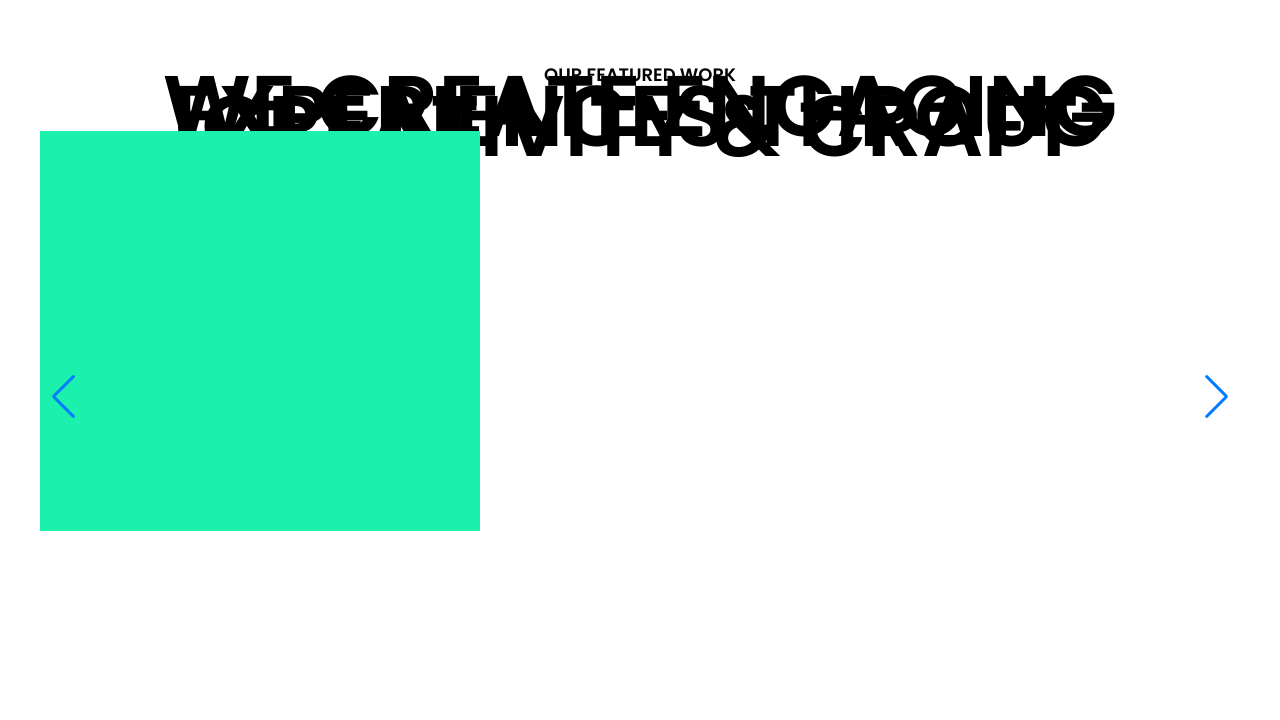
Repository: NastyaGavrilova/Beetroot-js
Page: HW10/index.html
An editor plug-in stored every save of this project. The page is shown before and after the next save, followed by the edit.
The browser window is 1280 px wide. The pictures show the whole page.

Above is the page before, as saved 2021-10-31 05:38:54.

After the next save:
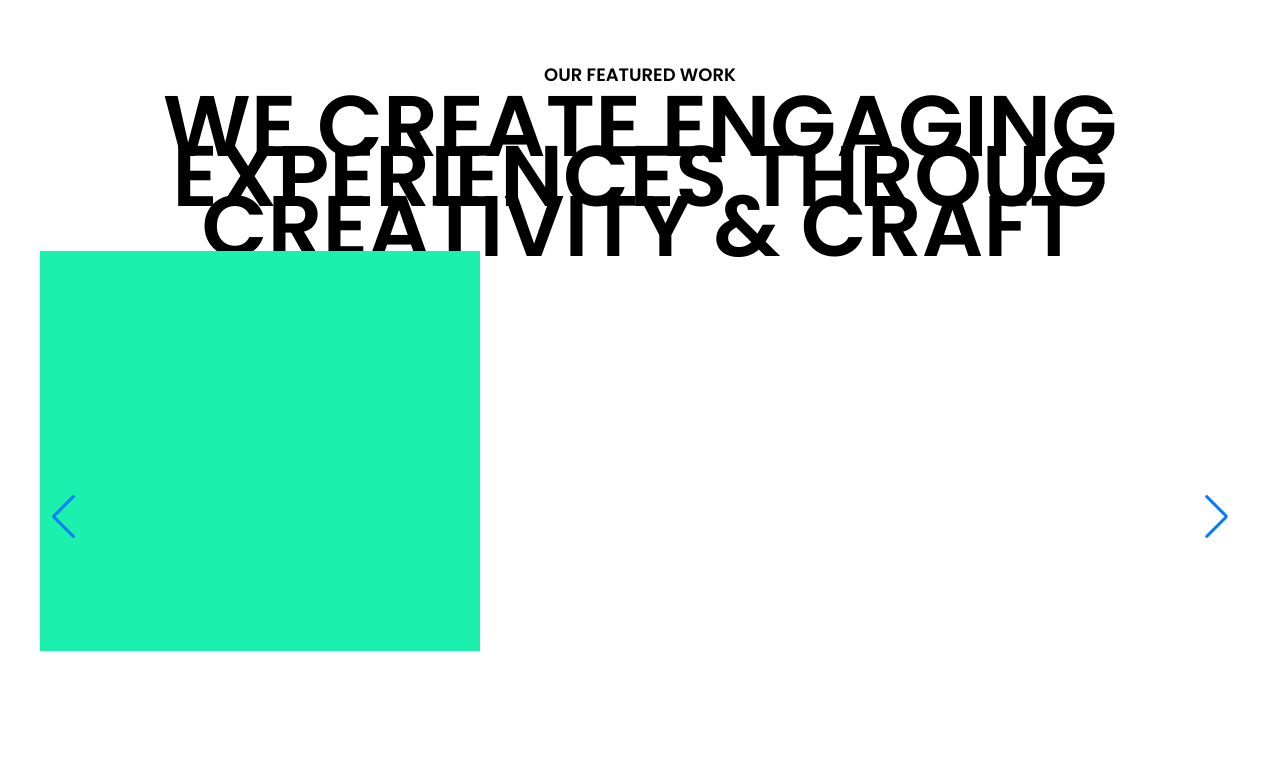
Saved 4 s later.
--- a/HW10/index.css
+++ b/HW10/index.css
@@ -24,7 +24,7 @@ body {
   margin-top: 15px;
   font-size: 86px;
   font-weight: 600;
-  line-height: 10px;
+  line-height: 50px;
 }
 
 img {
